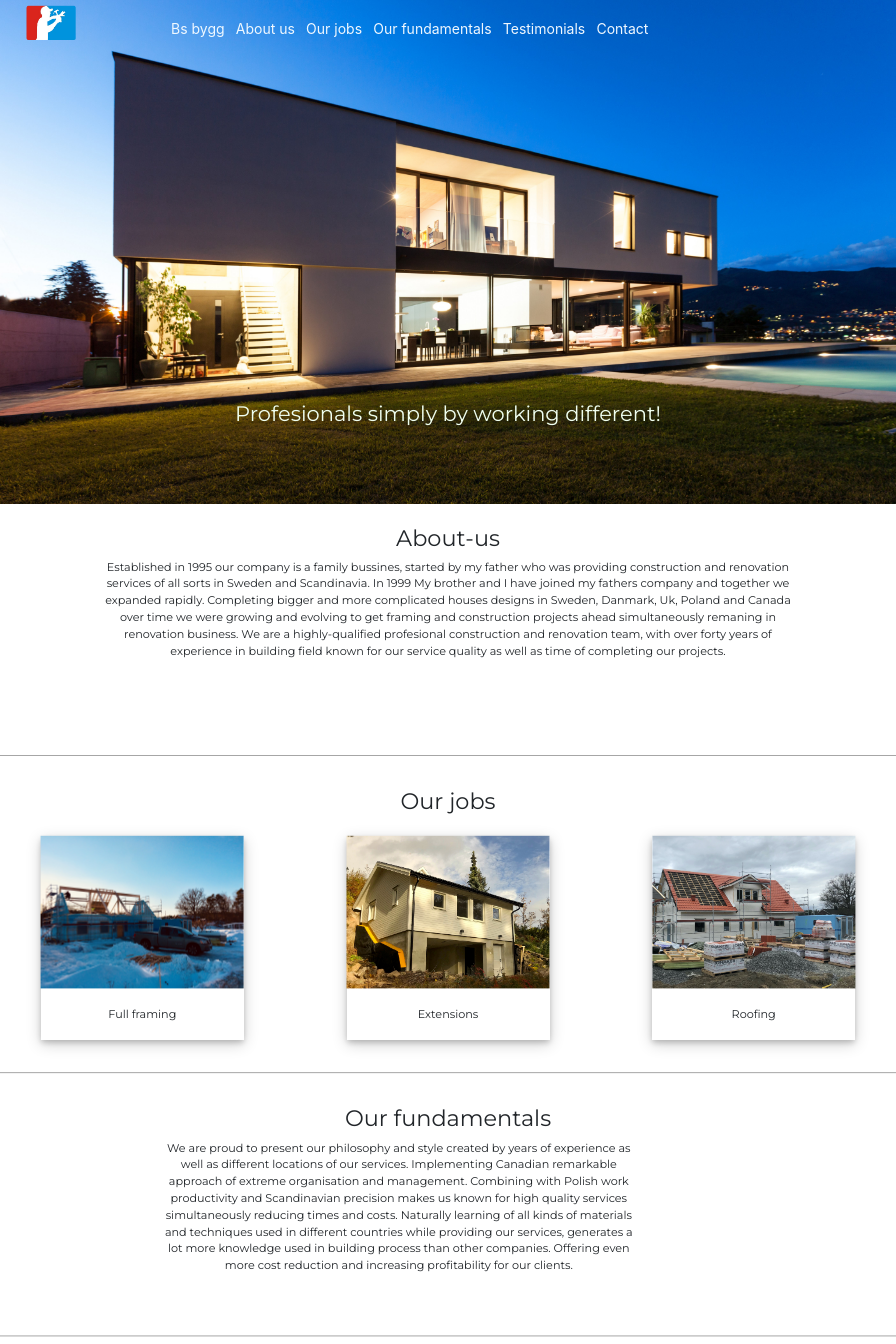
Repository: Bartie1982/milestone-project-1
Page: index.html
The author's editor kept a record of every edit. The page is drawn from the files as they stood at one moment, then again after the next edit.
The browser window is 1280 px wide. The pictures show the part of the page from y = 0 to 1920 px (the page is 2806 px tall), at 70% of full size.
Some web libraries are served in a nearby version.

Above is the page before.

After the next edit:
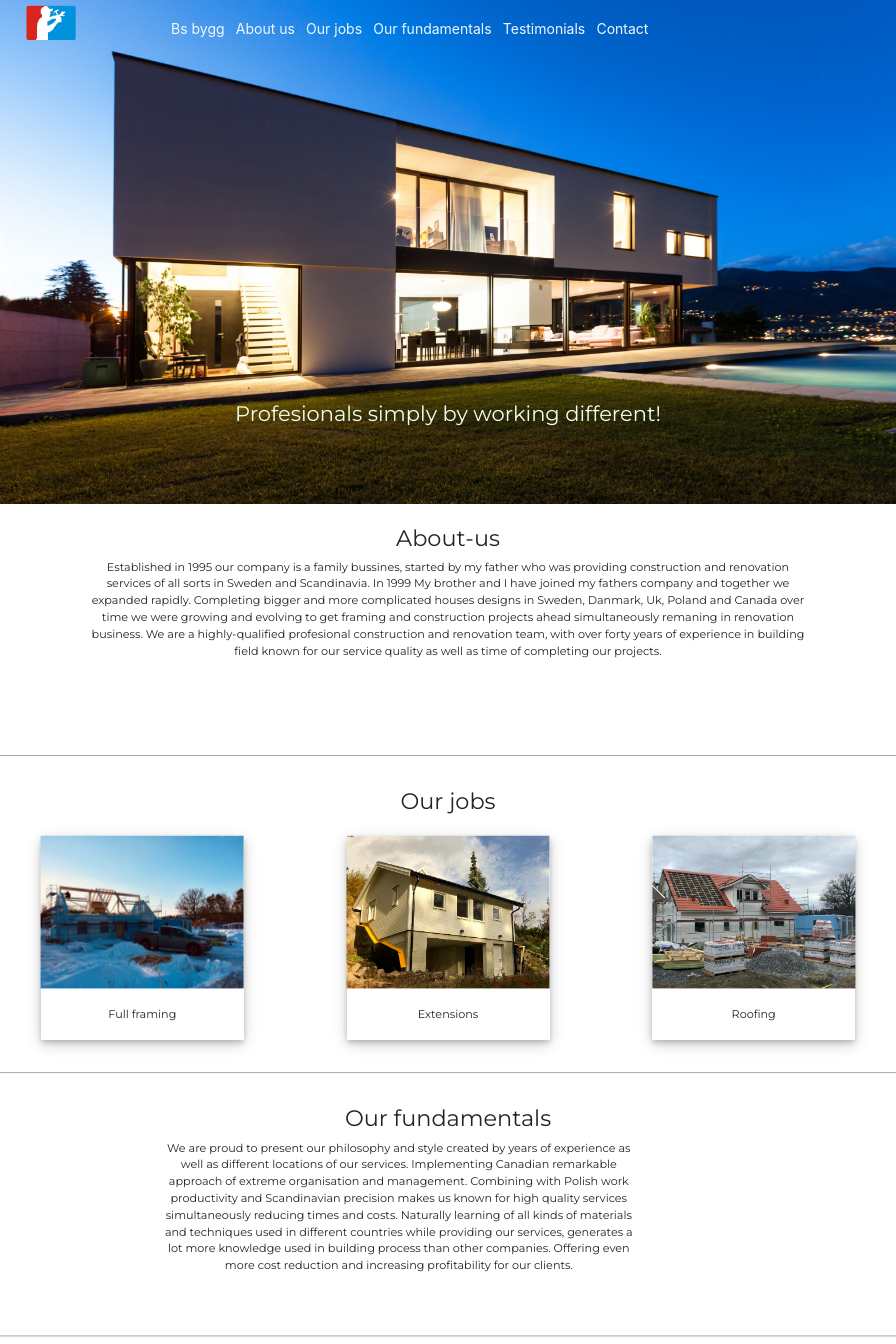
The edit:
--- a/index.html
+++ b/index.html
@@ -62,7 +62,7 @@
             <div class="col-md-10 about-us">
                 <h2>About-us</h2>
 
-                <p class="col-md-12 text-space">Established in 1995 our company is a family bussines,
+                <p class="text-space">Established in 1995 our company is a family bussines,
                 started by my father who was providing construction and renovation services of all sorts in Sweden and Scandinavia.
                 In 1999 My brother and I have joined my fathers company and together we expanded rapidly.
                 Completing bigger and more complicated houses designs in Sweden, Danmark, Uk, Poland and Canada over time  we were growing and evolving to get framing and construction projects ahead simultaneously remaning in renovation business.
